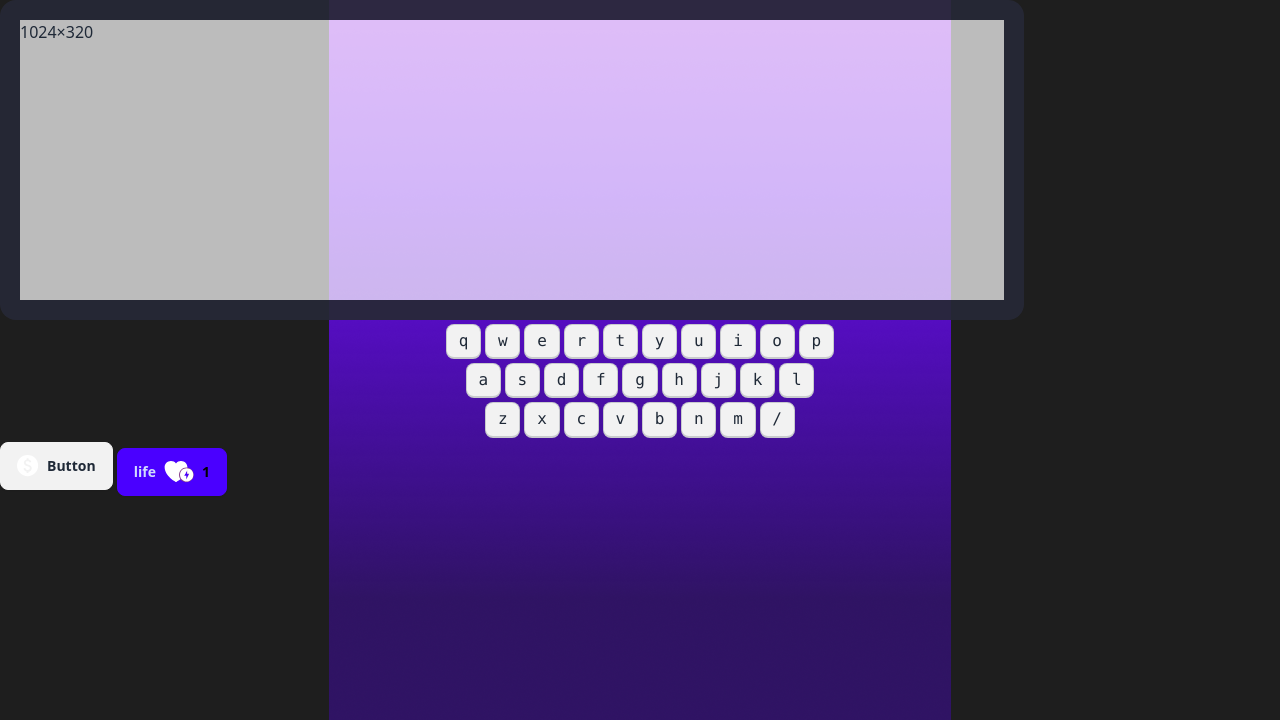
Repository: RudrasahaDibos/Alphabet-clash-
Page: index.html
An editor plug-in stored every save of this project. The page is shown before and after a run of saves, followed by the edit.
The browser window is 1280 px wide. The pictures show the whole page.
Some web fonts or font styles are not loaded; a fallback is used. Some web libraries are served in a nearby version.

Above is the page before, as saved 2024-11-04 12:20:32.

After the next 3 saves:
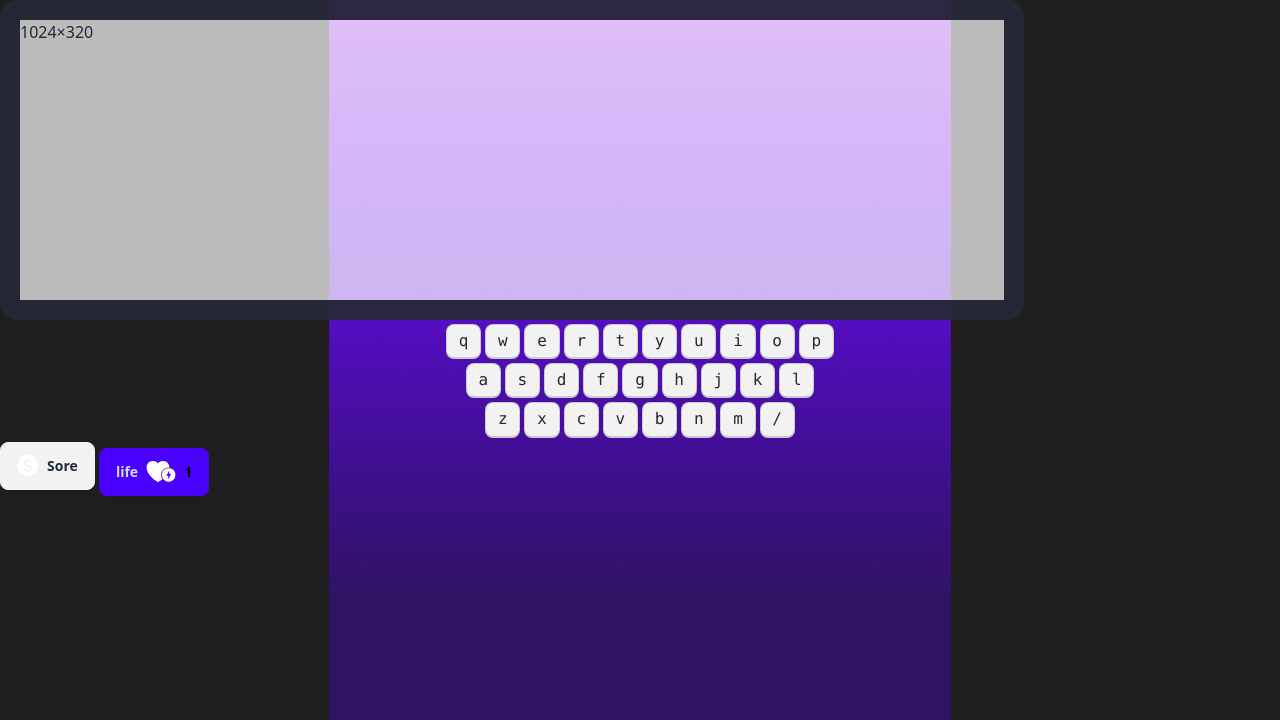
The 3 saves are shown as one change because they came seconds apart.
The last was saved 23 s later.
--- a/index.html
+++ b/index.html
@@ -79,7 +79,7 @@
                                <div>
                                 <button class="btn">
                                       <img src="images/love.svg" alt="">
-                                    Button
+                                      <span>Sore</span>
                                   </button>
 
                                   <button class="btn btn-primary">
